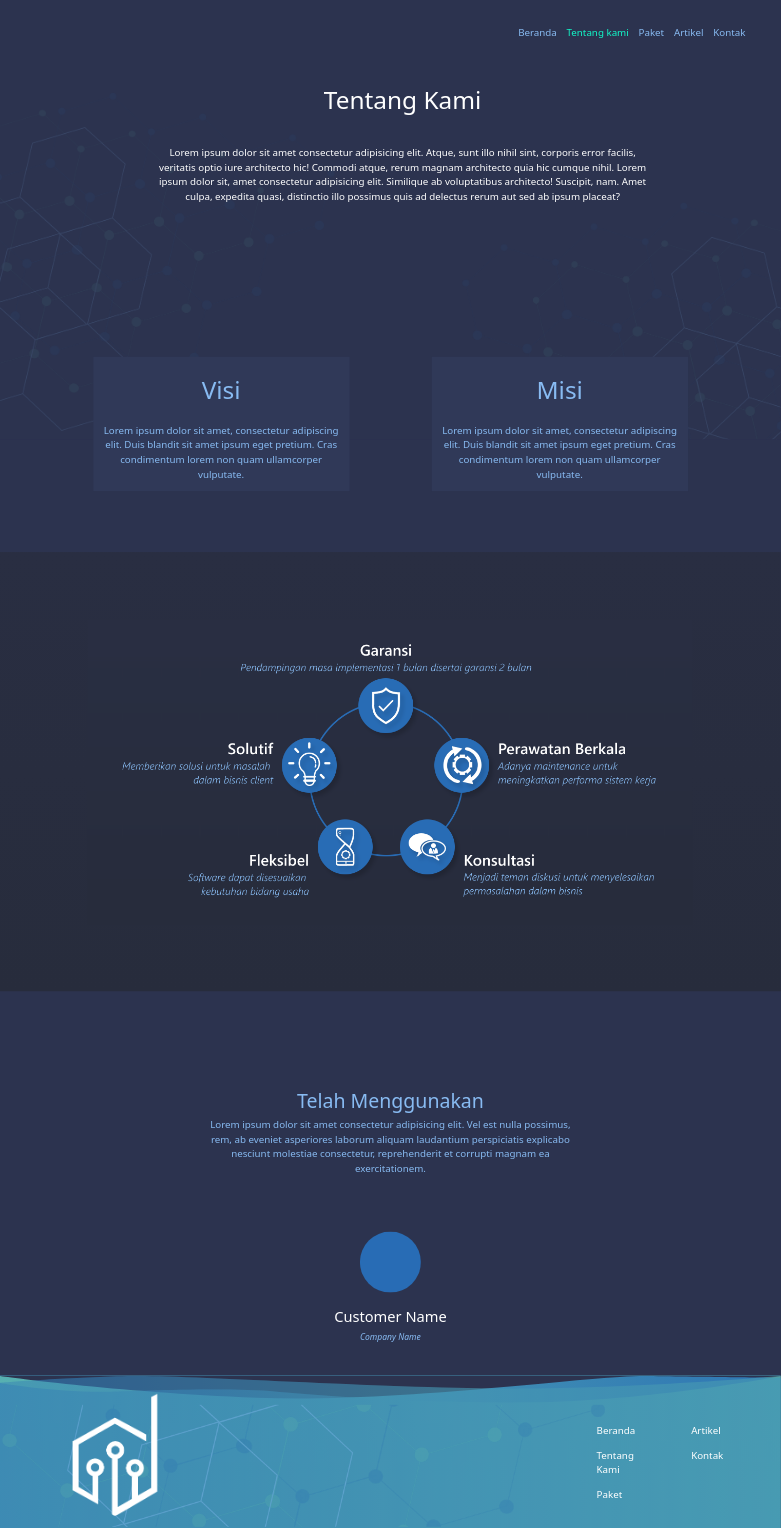
Repository: alfathard/dniztechno
Page: resources/views/about.blade.php
These files come from the project's save history. The page is drawn as it stood at one moment and after the next save; the edit follows.
The browser window is 1280 px wide. The pictures show the whole page, at 61% of full size.
The page is served by the project's Laravel application, run on PHP 8.4 with Laravel 8. Other server files are loaded and not shown. The template is opened directly, without the code that normally fills it, so the values that code supplies are empty.

Above is the page before, as saved 2025-03-20 09:59:20.
Console error: ReferenceError: $ is not defined

### routes/web.php
<?php

use Illuminate\Support\Facades\Route;
use App\Http\Controllers\AboutsController;
use App\Http\Controllers\VisionsController;
use App\Http\Controllers\MissionsController;
use App\Http\Controllers\TestimoniesController;
use App\Http\Controllers\CustTestimoniesController;
use App\Http\Controllers\ArticlesController;
use App\Http\Controllers\ContactsController;
use App\Http\Controllers\ContactsInfoController;
use App\Http\Controllers\ProductsController;
use App\Http\Controllers\ProductsHeaderController;
use App\Http\Controllers\ProductsFeatureController;
use App\Http\Controllers\ProductsUsedController;
use App\Http\Controllers\Frontend\HomeController;
use App\Http\Controllers\Frontend\AboutController;
use App\Http\Controllers\Frontend\ArticleController;
use App\Http\Controllers\Frontend\ProductController;
use App\Http\Controllers\Frontend\ContactController;
use App\Http\Controllers\Auth\LoginController;
use Spatie\Activitylog\Models\Activity;
use Illuminate\Support\Facades\Auth;

/*
|--------------------------------------------------------------------------
| Web Routes
|--------------------------------------------------------------------------
|
| Here is where you can register web routes for your application. These
| routes are loaded by the RouteServiceProvider within a group which
| contains the "web" middleware group. Now create something great!
|
*/

// Route::get('/about', function () {
//     // return Activity::all()->last();
//     return view('about');
// });

Route::get('/', 'App\Http\Controllers\Frontend\HomeController@index');
Route::get('/about', 'App\Http\Controllers\Frontend\AboutController@index');
Route::get('/contact', 'App\Http\Controllers\Frontend\ContactController@index');
Route::post('/contact', 'App\Http\Controllers\ContactsListController@store');
Route::get('/article', 'App\Http\Controllers\Frontend\ArticleController@index');
Route::get('/article/detail/{id}', 'App\Http\Controllers\Frontend\ArticleController@detail');
Route::get('/product', 'App\Http\Controllers\Frontend\ProductController@index');
Route::get('/product/show/{id}', 'App\Http\Controllers\Frontend\ProductController@show');

Route::get('/home', [App\Http\Controllers\HomeController::class, 'index'])->name('home');

Route::get('/login', 'App\Http\Controllers\AdminPagesController@login')->name('login');
Auth::routes();

Route::get('/admin/home', 'App\Http\Controllers\AdminPagesController@home');

Route::resource('/admin/about','App\Http\Controllers\AboutsController');
Auth::routes();

Route::resource('/admin/vision','App\Http\Controllers\VisionsController');
Auth::routes();

Route::resource('/admin/mission','App\Http\Controllers\MissionsController');
Auth::routes();

Route::resource('/admin/testimoni','App\Http\Controllers\TestimoniesController');
Auth::routes();

Route::resource('/admin/custTestimoni','App\Http\Controllers\CustTestimoniesController');
Auth::routes();

Route::resource('/admin/article','App\Http\Controllers\ArticlesController');
Auth::routes();

Route::resource('/admin/contact','App\Http\Controllers\ContactsController');
Auth::routes();

Route::resource('/admin/contactinfo','App\Http\Controllers\ContactsInfoController');
Auth::routes();

Route::resource('/admin/contactlist','App\Http\Controllers\ContactsListController');
Auth::routes();

Route::resource('/admin/productheader','App\Http\Controllers\ProductsHeaderController');
Auth::routes();

Route::resource('/admin/product','App\Http\Controllers\ProductsController');
Auth::routes();

Route::resource('/admin/productfeature','App\Http\Controllers\ProductsFeatureController');
Auth::routes();

Route::resource('/admin/productused','App\Http\Controllers\ProductsUsedController');
Auth::routes();

Route::resource('/admin/eventlog','App\Http\Controllers\EventLogsController');
Auth::routes();

Route::get('/logout', 'App\Http\Controllers\Auth\LoginController@logout');

### resources/views/about.blade.php
<!DOCTYPE html>
<html lang="{{ str_replace('_', '-', app()->getLocale()) }}">
    <head>
        <meta charset="UTF-8">
        <meta http-equiv="X-UA-Compatible" content="IE=edge">
        <meta name="viewport" content="width=device-width, initial-scale=1.0">
        <title>Welcome to DnizTechno Website</title>
        <link rel="stylesheet" href="{{ asset ('assets/plugins/bootstrap/css/bootstrap.css')}}">
        <link rel="stylesheet" href="{{ asset ('/css/style.css')}}">
        <!-- Font Awesome -->
        <link rel="stylesheet" href="{{ asset ('assets/plugins/fontawesome-free/css/all.min.css')}}">
    </head>

    <body id="home">
        <div class="ss-heading-warp">
            <div class="jumbotron ss-heading">
                <nav class="navbar navbar-expand fixed-top" id="mainNav">
                    <button class="navbar-toggler" type="button" data-bs-toggle="collapse" data-bs-target="#navbarResponsive" aria-controls="navbarResponsive" aria-expanded="false" aria-label="Toggle navigation"><span class="navbar-toggler-icon"></span></button>
                        <div class="collapse navbar-collapse" id="navbarResponsive">
                            <ul class="navbar-nav ms-auto">
                                <li class="nav-item">
                                    <a class="nav-link" href="/">Beranda</a>
                                </li>
                                <li class="nav-item">
                                    <a class="nav-link active" href="/about">Tentang kami</a>
                                </li>
                                <li class="nav-item">
                                    <a class="nav-link" href="/product/show/{{$idps}}">Paket</a>
                                </li>
                                {{-- <li class="nav-item">
                                    <a class="nav-link" href="/featuring">Telah Menggunakan</a>
                                </li> --}}
                                <li class="nav-item">
                                    <a class="nav-link" href="/article">Artikel</a>
                                </li>
                                <li class="nav-item">
                                    <a class="nav-link" href="/contact">Kontak</a>
                                </li>
                            </ul>
                        </div>
                </nav>
                <!-- Header-->
                <header class="row about-us">
                    <div class="about-us-data">
                        @if(count($abouts) > 0)
                            @foreach($abouts as $about)
                                <div class="title">
                                    <h1 style="font-size: 60px; font-style: bold;">{{$about->titleAbout}}</h1>
                                </div>
                                <div class="content">
                                    <p>{{$about->textAbout}}</p>
                                </div>
                            @endforeach
                        @else
                            <div class="title">
                                <h1>Tentang Kami</h1>
                            </div>
                            <div class="content">
                                <p>
                                    Lorem ipsum dolor sit amet consectetur adipisicing elit. Atque, sunt illo nihil sint, corporis error facilis, veritatis optio iure architecto hic! Commodi atque, rerum magnam architecto quia hic cumque nihil.
                                    Lorem ipsum dolor sit, amet consectetur adipisicing elit. Similique ab voluptatibus architecto! Suscipit, nam. Amet culpa, expedita quasi, distinctio illo possimus quis ad delectus rerum aut sed ab ipsum placeat?
                                </p>
                            </div>
                        @endif
                    </div>
                </header>
            </div>
        </div>

        <section id="visimisi">
            <div class="container">
                <div class="row row-cols-2" style="padding: 0 15px;">
                    <div class="col visimisi-box">
                        @if(count($visions) > 0)
                            @foreach($visions as $vision)
                                <div class="title">
                                    <h1>{{$vision->titleVision}}</h1>
                                </div>
                                <div class="content">
                                    <p>{{$vision->textVision}}</p>
                                </div>
                            @endforeach
                        @else
                            <div class="title">
                                <h1>Visi</h1>
                            </div>
                            <div class="content">
                                <p>
                                    Lorem ipsum dolor sit amet, consectetur adipiscing elit. Duis blandit sit amet ipsum eget pretium. Cras condimentum lorem non quam ullamcorper vulputate.
                                </p>
                            </div>
                        @endif
                    </div>
                    <div class="col visimisi-box">
                        @if(count($missions) > 0)
                            @foreach($missions as $mission)
                                <div class="title">
                                    <h1>{{$mission->titleMission}}</h1>
                                </div>
                                <div class="content">
                                    <p>{{$mission->textMission}}</p>
                                </div>
                            @endforeach
                        @else
                            <div class="title">
                                <h1>Misi</h1>
                            </div>
                            <div class="content">
                                <p>
                                    Lorem ipsum dolor sit amet, consectetur adipiscing elit. Duis blandit sit amet ipsum eget pretium. Cras condimentum lorem non quam ullamcorper vulputate.
                                </p>
                            </div>
                        @endif
                    </div>
                </div>
            </div>
        </section>
        <section class="benefit" id="benefit">
            <div class="row benefit-img"></div>
        </section>
        <section id="testimoni">
            <div class="ss-featuring">
                @if(count($testimonies) > 0)
                    @foreach($testimonies as $testimoni)
                        <div class="ss-top">
                            <h2>{{$testimoni->titleTestimoni}}</h2>
                            <p>{{$testimoni->textTestimoni}}</p>
                        </div>
                    @endforeach
                @else
                    <div class="ss-top">
                        <h2>Telah Menggunakan</h2>
                        <p>Lorem ipsum dolor sit amet consectetur adipisicing elit. Vel est nulla possimus, rem, ab eveniet asperiores laborum aliquam laudantium perspiciatis explicabo nesciunt molestiae consectetur, reprehenderit et corrupti magnam ea exercitationem.</p>
                    </div>
                @endif
                <div class="ss-featuring">
                    <div class="row justify-content-center row-cols-5" style="--bs-gutter-x : 0">
                        @if(count($cust_testimonies) > 0)
                                @foreach($cust_testimonies as $cust_testimoni)
                                    <div class="col testimoni-item">
                                        <a class="btn default" data-bs-toggle="modal" data-bs-target="#exampleModal_{{$cust_testimoni->idCustTestimoni}}" type="button">
                                            {{-- <a href="#my_modal" data-toggle="modal" data-id="{{$cust_testimoni->idCustTestimoni}}">Open Modal</a> --}}
                                            {{-- <input type="text" name="myId" id="myId" value="{{$cust_testimoni->idCustTestimoni}}"/> --}}
                                            <div class="circle" style="background-image: url('{{ url('public/images/'.$cust_testimoni->imgFilepath) }}')"></div>
                                            <div class="title">
                                                <h4>{{$cust_testimoni->custName}}</h4>
                                            </div>
                                            <div class="subtitle">
                                                <p>{{$cust_testimoni->companyName}}</p>
                                            </div>
                                        </a>
                                        <!-- Modal -->
                                        <div class="modal fade" id="exampleModal_{{$cust_testimoni->idCustTestimoni}}" tabindex="-1" aria-labelledby="exampleModalLabel" aria-hidden="true">
                                            <div class="modal-dialog modal-dialog-centered modal-lg">
                                                <div class="modal-content">
                                                    <div class="modal-header">
                                                    <h5 class="modal-title" id="exampleModalLabel"></h5>
                                                    <button type="button" class="btn default" data-bs-dismiss="modal" aria-label="Close">
                                                        <i class="fas fa-times"></i>
                                                    </button>
                                                    </div>
                                                    <div class="modal-body">
                                                        <div class="circle"></div>
                                                        <div class="title">
                                                            {{-- <input type="text" name="help" id="help" value=""/> --}}
                                                            <h4>{{$cust_testimoni->custName}}</h4>
                                                        </div>
                                                        <div class="subtitle">
                                                            <p>{{$cust_testimoni->companyName}}</p>
                                                        </div>
                                                        <div class="text">
                                                            <p>{{$cust_testimoni->textCustTestimoni}}</p>
                                                        </div>
                                                    </div>
                                                </div>
                                            </div>
                                        </div>
                                    </div>
                                @endforeach
                        @else
                            <a class="btn default" data-bs-toggle="modal" data-bs-target="#exampleModal" type="button">
                                <div class="col testimoni-item">
                                    <div class="circle"></div>
                                    <div class="title">
                                        <h4>Customer Name</h4>
                                    </div>
                                    <div class="subtitle">
                                        <p>Company Name</p>
                                    </div>
                                </div>
                            </a>
                            <!-- Modal -->
                            <div class="modal fade" id="exampleModal" tabindex="-1" aria-labelledby="exampleModalLabel" aria-hidden="true">
                                <div class="modal-dialog modal-dialog-centered modal-lg">
                                    <div class="modal-content">
                                        <div class="modal-header">
                                        <h5 class="modal-title" id="exampleModalLabel"></h5>
                                        <button type="button" class="btn default" data-bs-dismiss="modal" aria-label="Close">
                                            <i class="fas fa-times"></i>
                                        </button>
                                        </div>
                                        <div class="modal-body">
                                            <div class="circle"></div>
                                            <div class="title">
                                                {{-- <input type="text" name="help" id="help" value=""/> --}}
                                                <h4>Customer Name</h4>
                                            </div>
                                            <div class="subtitle">
                                                <p>Company Name</p>
                                            </div>
                                            <div class="text">
                                                <p>Lorem ipsum dolor sit amet consectetur adipisicing elit. Vel est nulla possimus, rem, ab eveniet asperiores laborum aliquam laudantium perspiciatis explicabo nesciunt molestiae consectetur, reprehenderit et corrupti magnam ea exercitationem.</p>
                                            </div>
                                        </div>
                                    </div>
                                </div>
                            </div>
                        @endif
                    </div>
                </div>
            </div>
        </section>

        <!-- Bootstrap core JS-->
        <script src="https://cdn.jsdelivr.net/npm/bootstrap@5.0.1/dist/js/bootstrap.bundle.min.js"></script>
        <!-- Core theme JS-->
        <script src="{{ asset ('assets/plugins/bootstrap/js/scripts.js')}}"></script>
        <script type="text/javascript">
            $(document).ready(function () {
                $('#exampleModal').on('show.bs.modal', function (event) {
                var span = $(event.relatedTarget) // Span that triggered the modal
                var myHelpId = span.data('id') // Extract info from data-* attributes

                $(this).find("#exampleModal").val( myHelpId );
                });
            });
         </script>
    </body>

    <!-- Footer -->
    <div class="ss-footer-warp">
        <div class="ss-footer" id="footer">
            <footer class="row ss-footer-data" id='contact'>
                <div class="col-md-3 ss-footer-logo-warp">
                    <div class="ss-footer-logo"></div>
                </div>
                <div class="col-md-6 ss-footer-title">
                    <div class=container>
                        <table>
                            <tbody>
                                @if(count($contactsinfo) > 0)
                                    @foreach($contactsinfo as $contactinfo)
                                    <tr>
                                        <td><img id="preview-image-before-upload" src="{{ url('public/images/'.$contactinfo->imgFilepath) }}" alt="preview image" style="max-height: 14px; margin-right: 15px;"></td>
                                        <td><span fw-bold ss-footer-title style="font-style: italic;font-size:14px;">{{$contactinfo->textContactInfo}}</span></td>
                                    </tr>
                                    @endforeach
                                @endif
                            </tbody>
                        </table>
                    </div>
                </div>
                <div class="col-md-3 ss-footer-link-warp">
                    <div class="row row-cols-2">
                        <div class="col">
                            <a class="nav-link nav-footer-link" href="/">Beranda</a>
                            <a class="nav-link nav-footer-link" href="/about">Tentang Kami</a>
                            <a class="nav-link nav-footer-link" href="/product/show/{{$idps}}">Paket</a>
                        </div>
                        <div class="col">
                            <a class="nav-link nav-footer-link" href="/article">Artikel</a>
                            <a class="nav-link nav-footer-link" href="/contact">Kontak</a>
                        </div>
                    </div>
                </div>
                <div id="Bottom" class="Bottom">
                    <div id="Bottom_BG" class="Bottom_BG">
                        <svg class="Path_2_dl" viewBox="-867 1803.399 1919.9 535"></svg>
                        <svg class="Path_3_dn" viewBox="-867 1803.489 1919.9 550.91"></svg>
                        <svg class="Path_1_dj" viewBox="-867 1803.435 1921.055 515.964"></svg>
                        <svg class="Path_2_dl" viewBox="-867 1803.399 1919.9 535"></svg>
                        <svg class="Path_3_dn" viewBox="-867 1803.489 1919.9 550.91"></svg>
                    </div>
                </div>
            </footer>
        </div>
    </div>
</html>

Loaded but not shown: app/Http/Controllers/Auth/ConfirmPasswordController.php (common file); app/Http/Controllers/Controller.php (common file); public/assets/plugins/bootstrap/css/bootstrap.css (library); public/assets/plugins/fontawesome-free/css/all.min.css (library); public/css/style.css (1227 lines, source omitted)

After the next save:
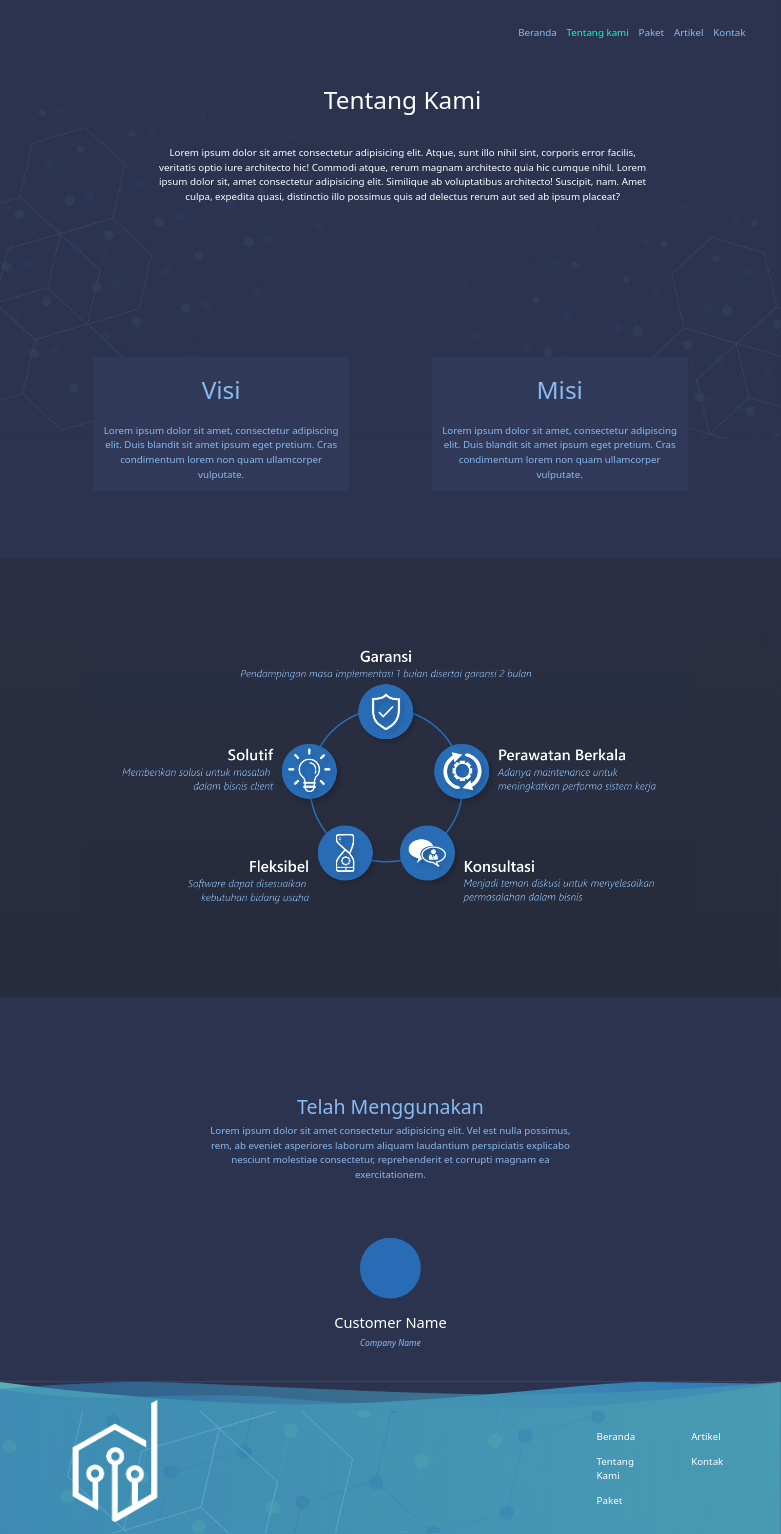
Saved 47 s later.
--- a/resources/views/about.blade.php
+++ b/resources/views/about.blade.php
@@ -70,7 +70,7 @@
         <section id="visimisi">
             <div class="container">
                 <div class="row row-cols-2" style="padding: 0 15px;">
-                    <div class="col visimisi-box">
+                    <div class="col visimisi-box" style="margin-bottom: 10px">
                         @if(count($visions) > 0)
                             @foreach($visions as $vision)
                                 <div class="title">
